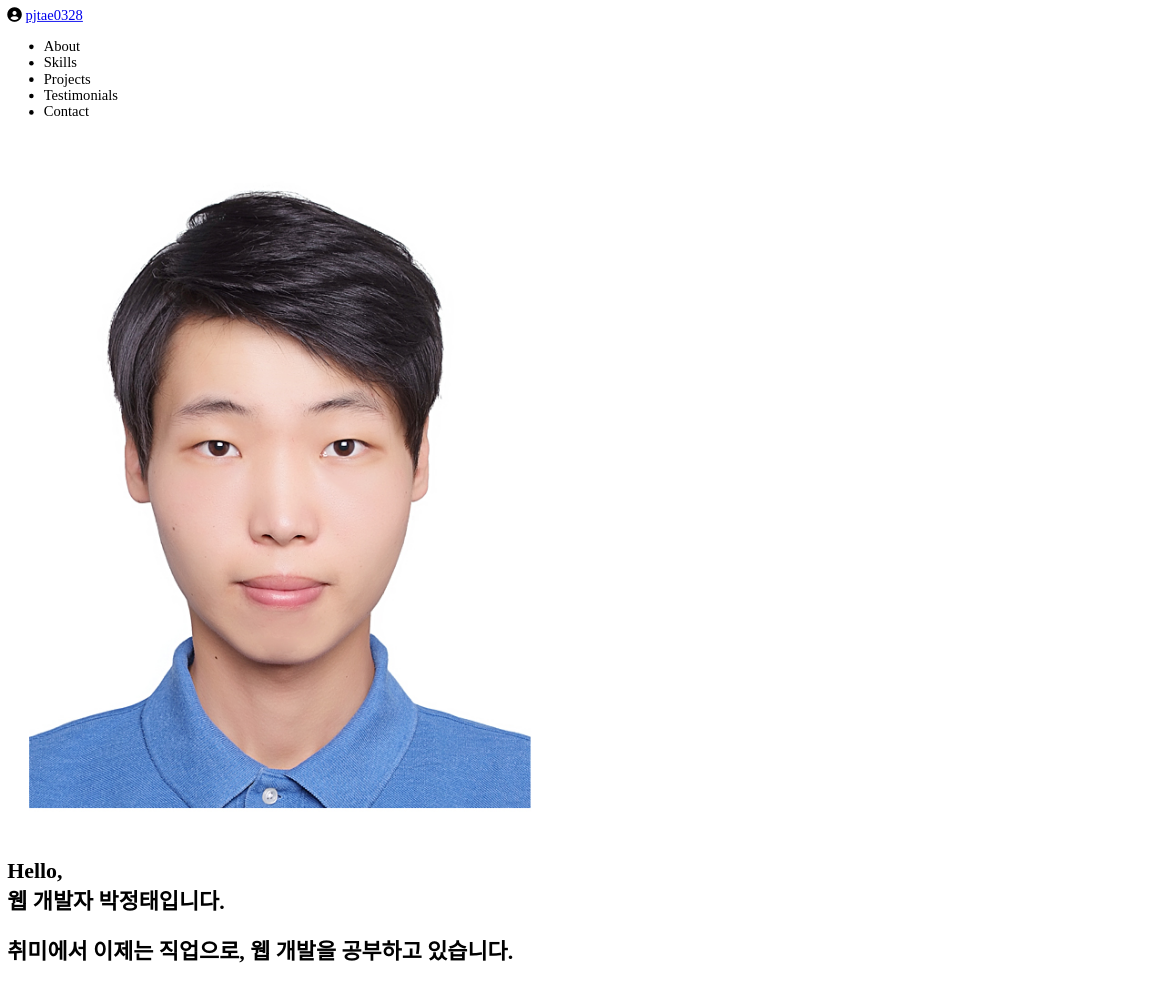
Repository: pjtae0328/Portfolio
Page: index.html
An editor plug-in stored every save of this project. The page is shown before and after the next save, followed by the edit.
The browser window is 1280 px wide. The pictures show the whole page, at 91% of full size.
Some web libraries are served in a nearby version.

Above is the page before, as saved 2021-08-24 12:34:12.

After the next save:
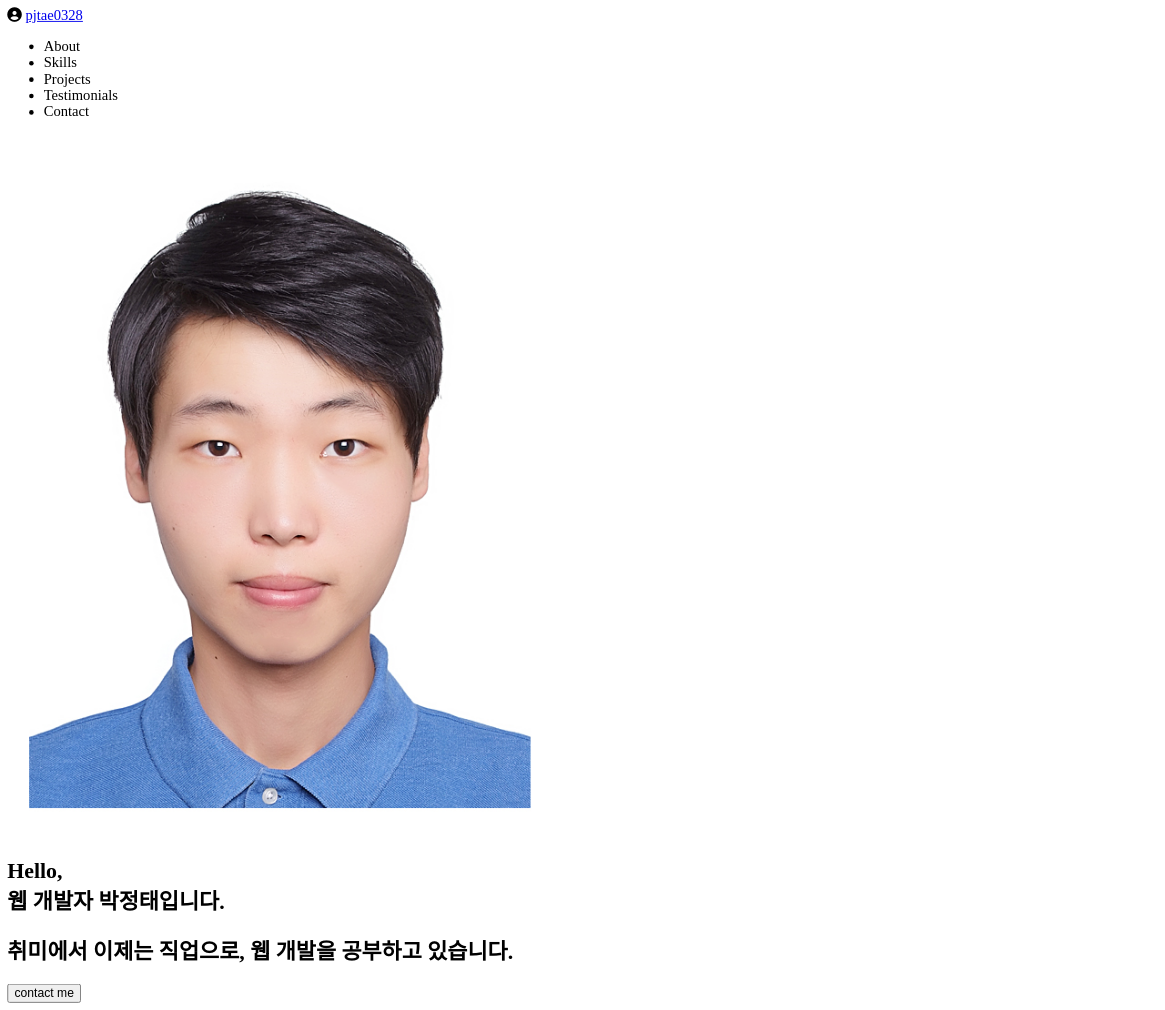
Saved 58 s later.
--- a/index.html
+++ b/index.html
@@ -48,6 +48,7 @@
         <img src="/imgs/profile.jpg" alt="profile photo" class="home__avatar">
         <h1 class="home__title">Hello, <br>웹 개발자 박정태입니다.</h1>
         <h2 class="home__discription">취미에서 이제는 직업으로, 웹 개발을 공부하고 있습니다.</h2>
+        <button class="home__contact">contact me</button>
     </section>
 
     <!-- About -->
